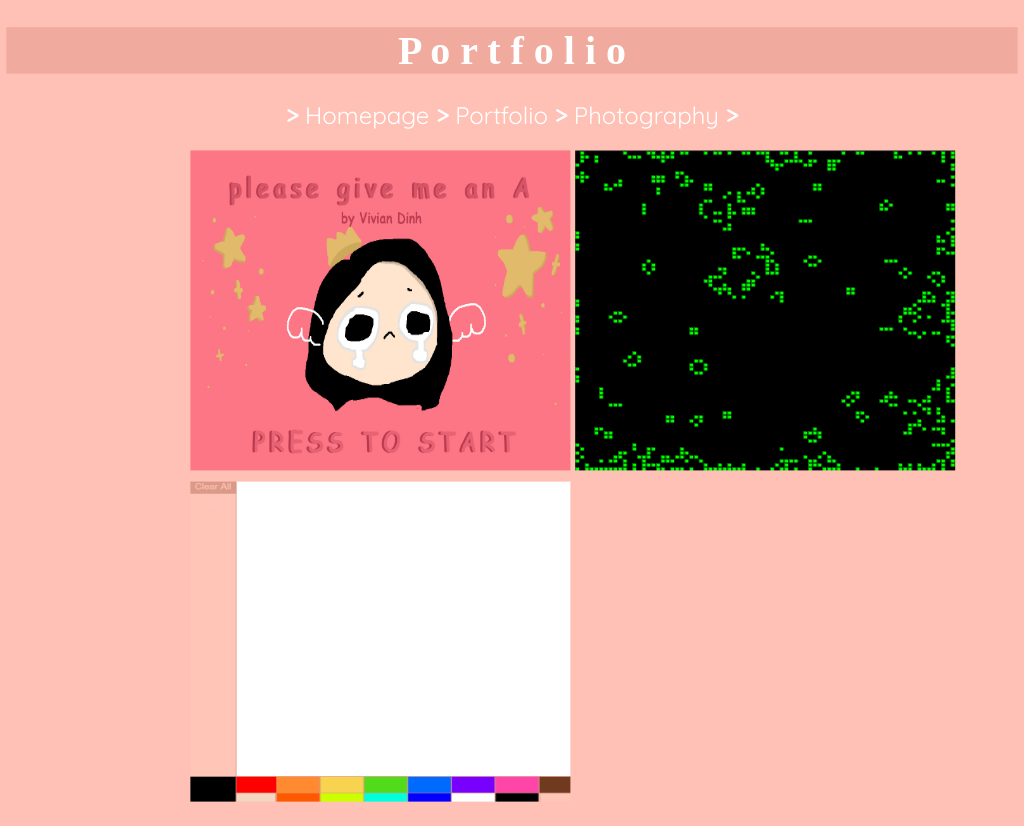
Repository: VivianVDinh/VivianVDinh.github.io
Page: projects.html
The author's editor kept a record of every edit. The page is drawn from the files as they stood at one moment, then again after the next edit.
The browser window is 1280 px wide. The pictures show the whole page, at 80% of full size.
Some web fonts or font styles are not loaded; a fallback is used.

Above is the page before.

After the next edit:
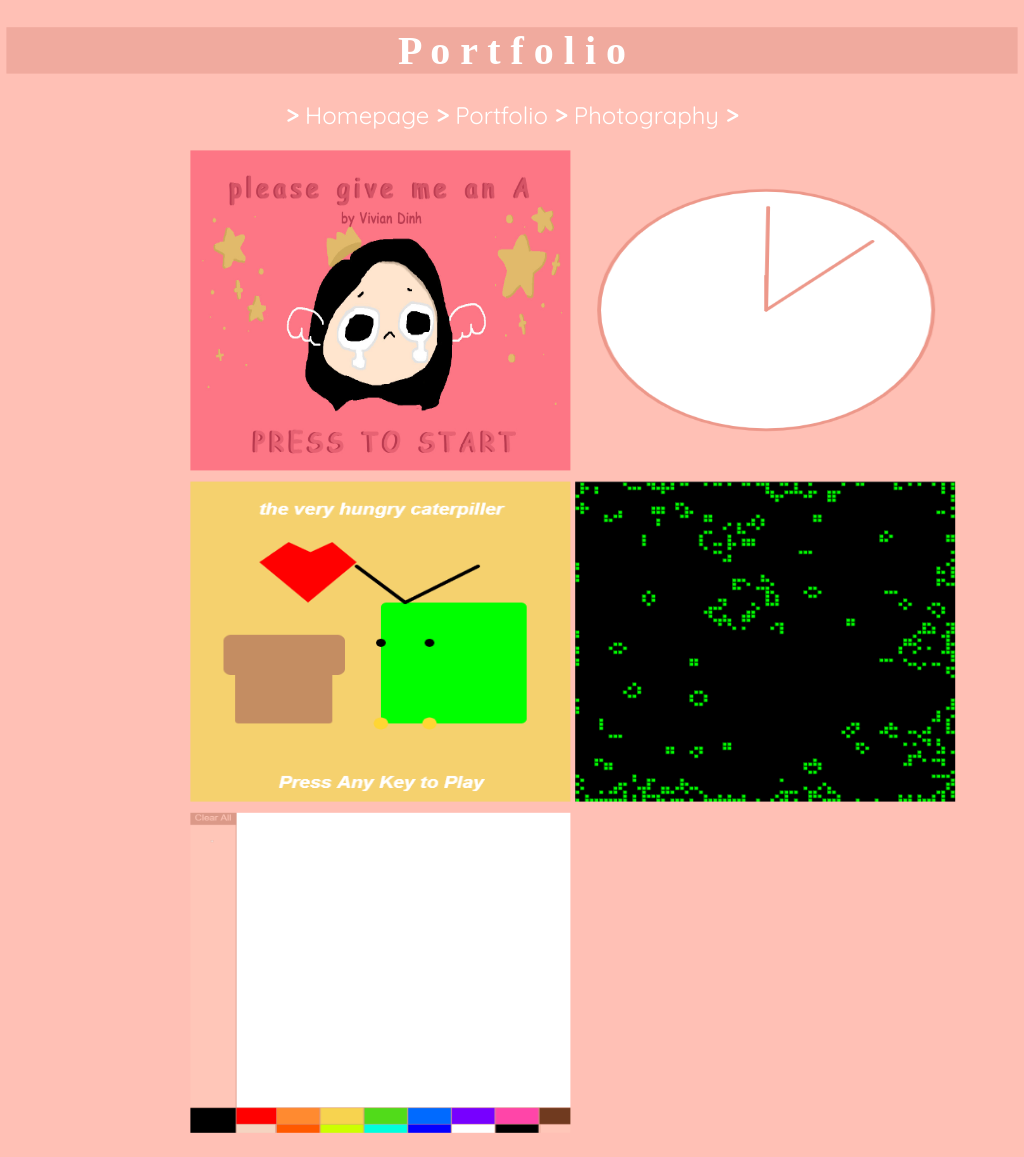
The edit:
--- a/projects.html
+++ b/projects.html
@@ -38,6 +38,12 @@
         <a href = "./flappyBird.html">
            <img src = "./img/poopNachos.jpg">
         </a>
+        <a href = "./tikTok.html">
+            <img src = "./img/clock.png">
+        </a>
+        <a href = "./snek.html">
+            <img src ="./img/snakey.png"
+        </a>
         <a href = "./lifetheboardgame.html">
             <img src = "./img/life.png"
             </a>
